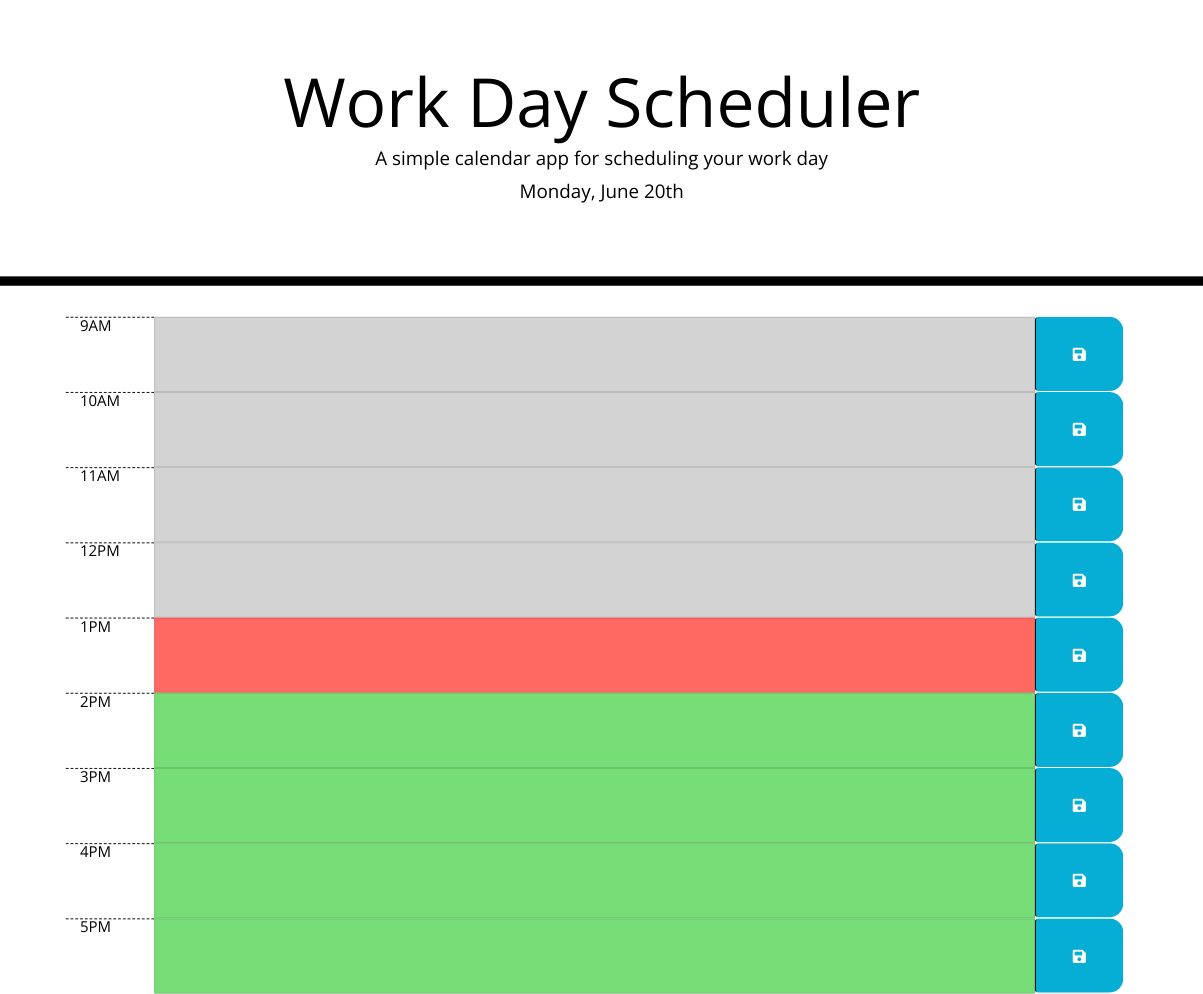
Repository: dtierney21/work-day-scheduler
Page: index.html
An editor plug-in stored every save of this project. The page is shown before and after the next save, followed by the edit.
The browser window is 1280 px wide. The pictures show the whole page, at 94% of full size.
Some web libraries are served in a nearby version.

Above is the page before, as saved 2022-06-28 15:38:30.

### index.html
<!DOCTYPE html>
<html lang="en">
  <head>
    <meta charset="UTF-8" />
    <meta name="viewport" content="width=device-width, initial-scale=1.0" />
    <meta http-equiv="X-UA-Compatible" content="ie=edge" />
    <link
      rel="stylesheet"
      href="https://stackpath.bootstrapcdn.com/bootstrap/4.3.1/css/bootstrap.min.css"
    />
    <link
      rel="stylesheet"
      href="https://use.fontawesome.com/releases/v5.8.1/css/all.css"
      integrity="sha384-50oBUHEmvpQ+1lW4y57PTFmhCaXp0ML5d60M1M7uH2+nqUivzIebhndOJK28anvf"
      crossorigin="anonymous"
    />
    <link
      href="https://fonts.googleapis.com/css?family=Open+Sans&display=swap"
      rel="stylesheet"
    />
    <link rel="stylesheet" href="./assets/css/style.css" />
    <title>Work Day Scheduler</title>
  </head>

  <body>
    <header class="jumbotron">
      <h1 class="display-3">Work Day Scheduler</h1>
      <p class="lead">A simple calendar app for scheduling your work day</p>
      <p id="currentDay" class="lead"></p>
    </header>
    <section class="container">
      <!-- Timeblocks go here -->
            <ul class="list-group col-12">
                <div class="row">
                    <p class="hour col-1">9AM</p>
                    <input type='text' class="list-group-item description col-10" data-hour="9">
                    <button class="btn saveBtn col-1" type="submit"><i class="fa fa-save"></i></button>
                </div>
                <div class="row">
                    <p class="hour col-1">10AM</p>
                    <input type='text' class="list-group-item description col-10" data-hour="10">
                    <button class="btn saveBtn col-1" type="submit"><i class="fa fa-save"></i></button>
                </div>
                <div class="row">
                    <p class="hour col-1">11AM</p>
                    <input type='text' class="list-group-item description col-10" data-hour="11">
                    <button class="btn saveBtn col-1" type="submit"><i class="fa fa-save"></i></button>
                </div>
                <div class="row">
                    <p class="hour col-1">12PM</p>
                    <input type='text' class="list-group-item description col-10" data-hour="12">
                    <button class="btn saveBtn col-1" type="submit"><i class="fa fa-save"></i></button>
                </div>
                <div class="row">
                    <p class="hour col-1">1PM</p>
                    <input type='text' class="list-group-item description col-10" data-hour="13">
                    <button class="btn saveBtn col-1" type="submit"><i class="fa fa-save"></i></button>
                </div>
                <div class="row">
                    <p class="hour col-1">2PM</p>
                    <input type='text' class="list-group-item description col-10" data-hour="14">
                    <button class="btn saveBtn col-1" type="submit"><i class="fa fa-save"></i></button>
                </div>
                <div class="row">
                    <p class="hour col-1">3PM</p>
                    <input type='text' class="list-group-item description col-10" data-hour="15">
                    <button class="btn saveBtn col-1" type="submit"><i class="fa fa-save"></i></button>
                </div>
                <div class="row">
                    <p class="hour col-1">4PM</p>
                    <input type='text' class="list-group-item description col-10" data-hour="16">
                    <button class="btn saveBtn col-1" type="submit"><i class="fa fa-save"></i></button>
                </div>
                <div class="row">
                    <p class="hour col-1">5PM</p>
                    <input type='text' class="list-group-item description col-10" data-hour="17">
                    <button class="btn saveBtn col-1" type="submit"><i class="fa fa-save"></i></button>
                </div>
            </ul>
    </section>

    <script src="https://cdnjs.cloudflare.com/ajax/libs/jquery/3.5.1/jquery.min.js"></script>
    <script src="https://cdnjs.cloudflare.com/ajax/libs/moment.js/2.24.0/moment.min.js"></script>
    <script src="./assets/js/script.js"></script>
  </body>
</html>

### assets/css/style.css
body {
  font-family: 'Open Sans', sans-serif;
  font-size: 16px;
  line-height: 1;
}

textarea {
  background: transparent;
  border: none;
  resize: none;
  color: #000000;
  border-left: 1px solid black;
  padding: 10px;
}

.jumbotron {
  text-align: center;
  background-color: transparent;
  color: black;
  border-radius: 0;
  border-bottom: 10px solid black;
}

.description {
  white-space: pre-wrap;
}

.time-block {
  text-align: center;
  border-radius: 15px;
}

.row {
  white-space: pre-wrap;
  height: 80px;
  border-top: 1px solid white;
}

.hour {
  background-color: #ffffff;
  color: #000000;
  border-top: 1px dashed #000000;
}

.past {
  background-color: #d3d3d3;
  color: white;
}

.present {
  background-color: #ff6961;
  color: white;
}

.future {
  background-color: #77dd77;
  color: white;
}

.saveBtn {
  border-left: 1px solid black;
  border-top-right-radius: 15px;
  border-bottom-right-radius: 15px;
  background-color: #06aed5;
  color: white;
}

.saveBtn i:hover {
  font-size: 20px;
  transition: all 0.3s ease-in-out;
}

### assets/js/script.js
var now = moment();
console.log(now);

var currentHour = moment().format('H');
console.log(currentHour);

var currentDayEl = $('#currentDay');
var today = moment().format('dddd, MMMM Do');

currentDayEl.text(today);

var descriptions = localStorage.getItem("descriptions")



$('.description').each(function() {
    if ($(this).data('hour') == currentHour) {
        $(this).addClass('present');
    } else if($(this).data('hour') > currentHour){
        $(this).addClass('future');
    } else {
        $(this).addClass('past');
    }
})

$('.saveBtn').on('click', function() {
    console.log($(this).siblings('.description').val());
    var description = $(this).siblings('.description').val();
    localStorage.setItem('descriptions', description);
})

After the next save:
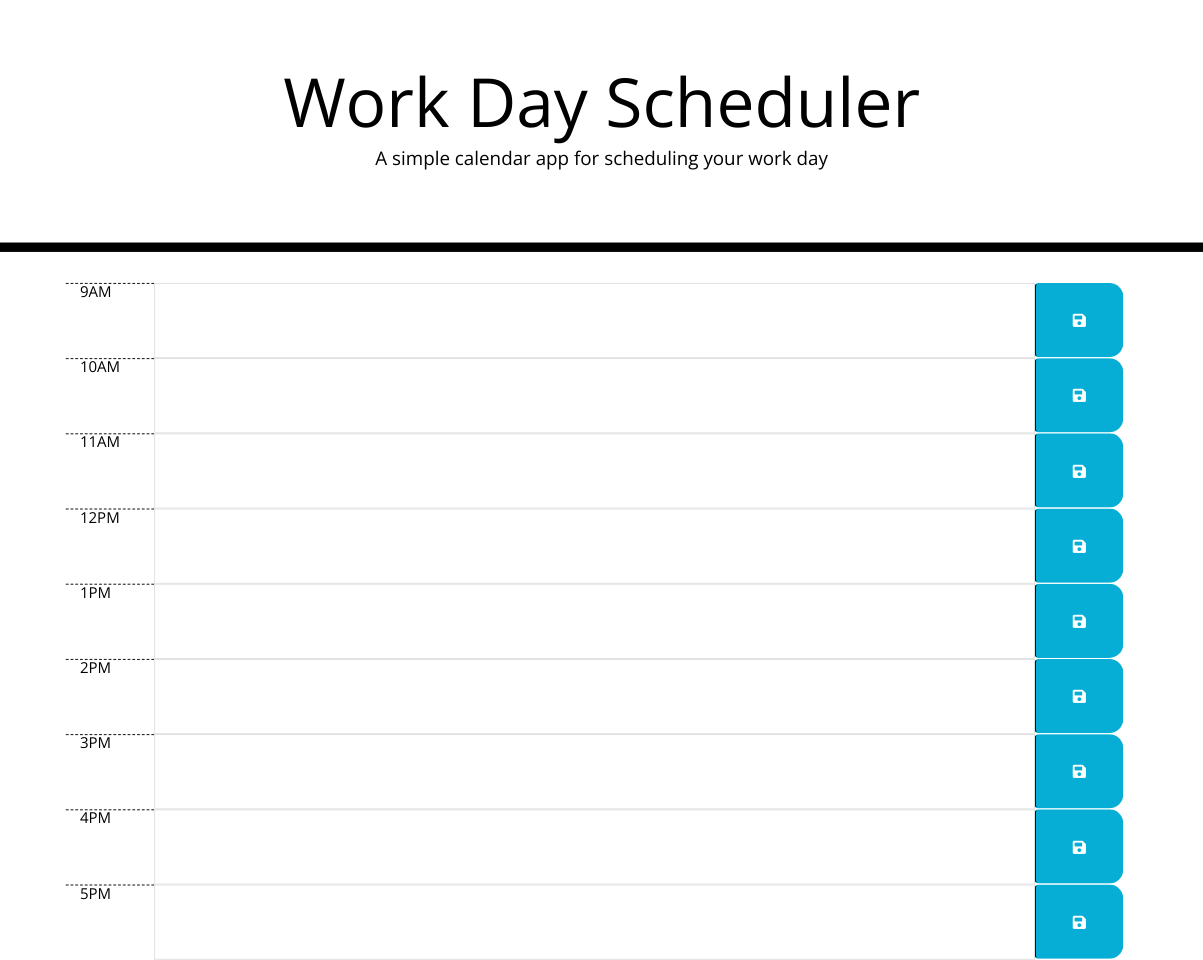
Console error: SyntaxError: missing ) after argument list
Saved 3 min 35 s later.
--- a/assets/js/script.js
+++ b/assets/js/script.js
@@ -28,3 +28,9 @@ $('.saveBtn').on('click', function() {
     var description = $(this).siblings('.description').val();
     localStorage.setItem('descriptions', description);
 })
+
+document.onload = function() {
+    $('.description').each(function() {
+        $(this).val('hello');
+    }
+}

After the save that followed:
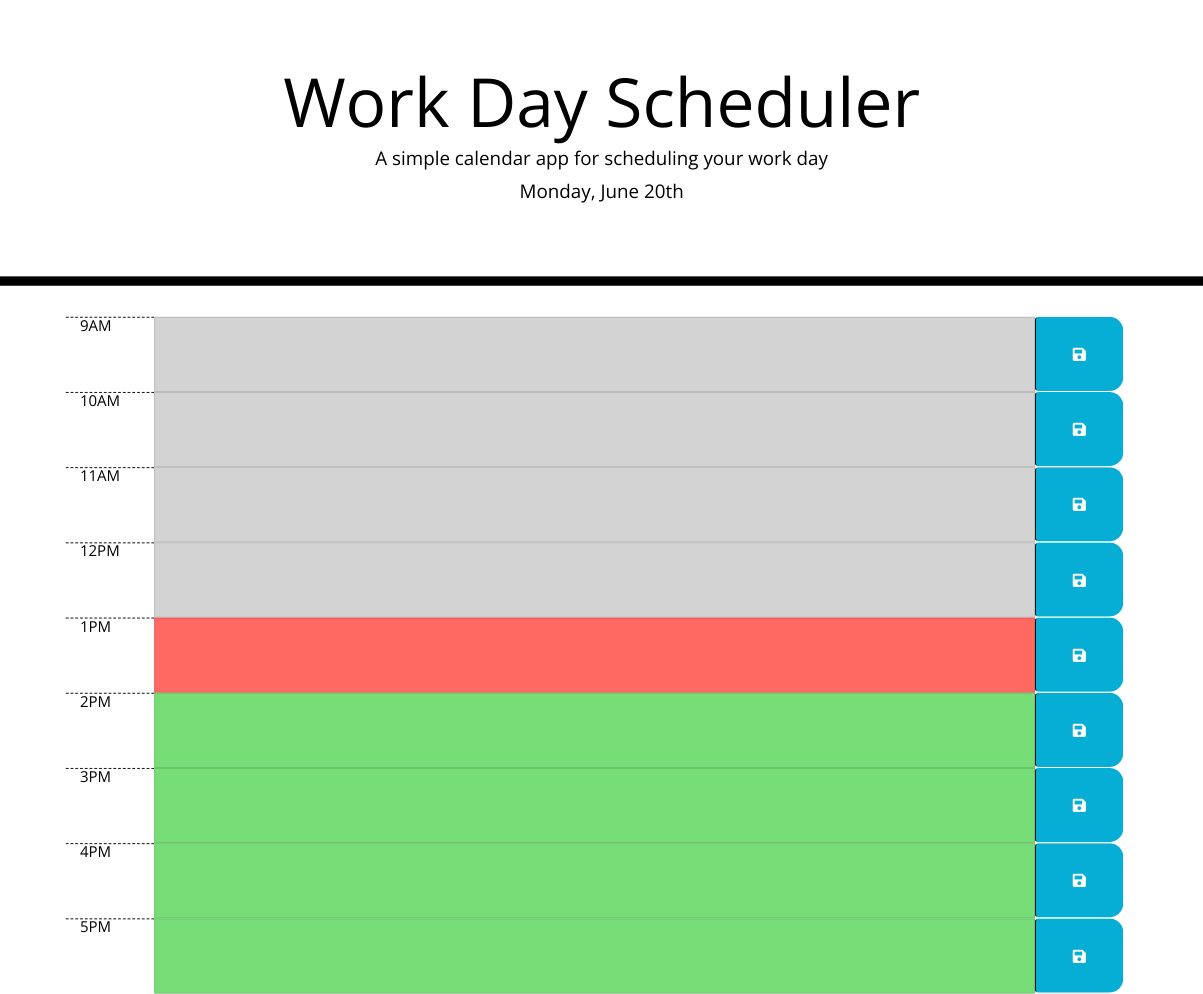
The error is gone.
Saved 109 s later.
--- a/assets/js/script.js
+++ b/assets/js/script.js
@@ -32,5 +32,5 @@ $('.saveBtn').on('click', function() {
 document.onload = function() {
     $('.description').each(function() {
         $(this).val('hello');
-    }
+    })
 }
